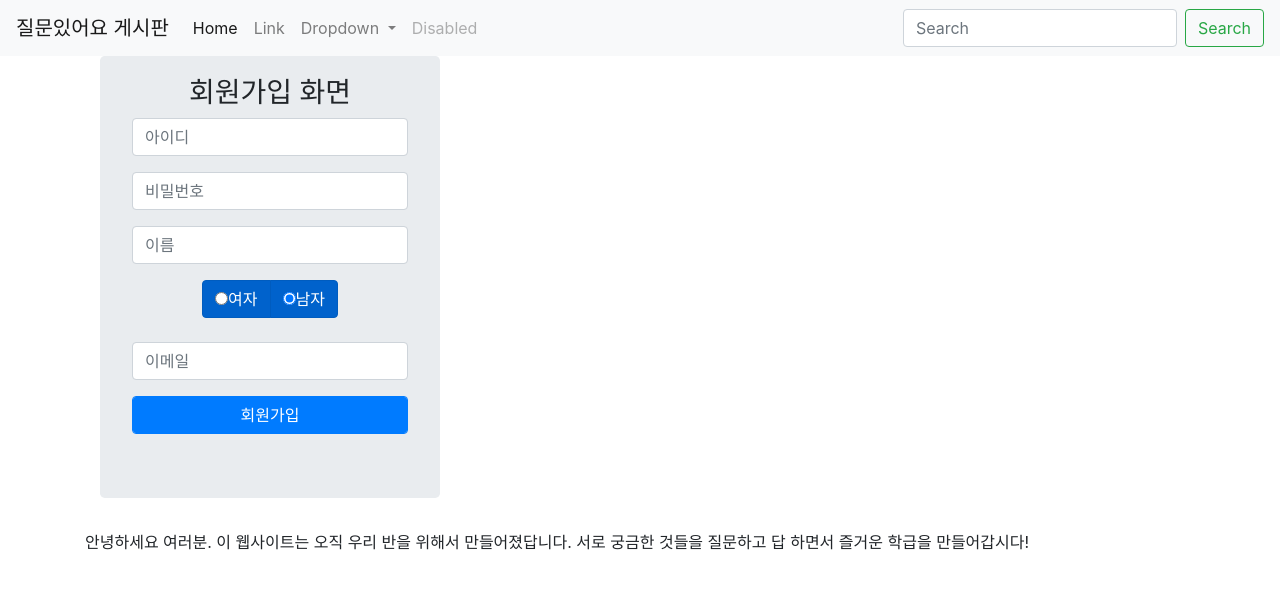
Repository: Munro-L/I-spy-oT__cuHacking-2019
Page: http://localhost/BBS/join.jsp
An editor plug-in stored every save of this project. The page is shown before and after the next save, followed by the edit.
The browser window is 1280 px wide. The pictures show the whole page.
The page is served by Tomcat 9.

Above is the page before, as saved 2019-02-01 19:43:54.

After the next save:
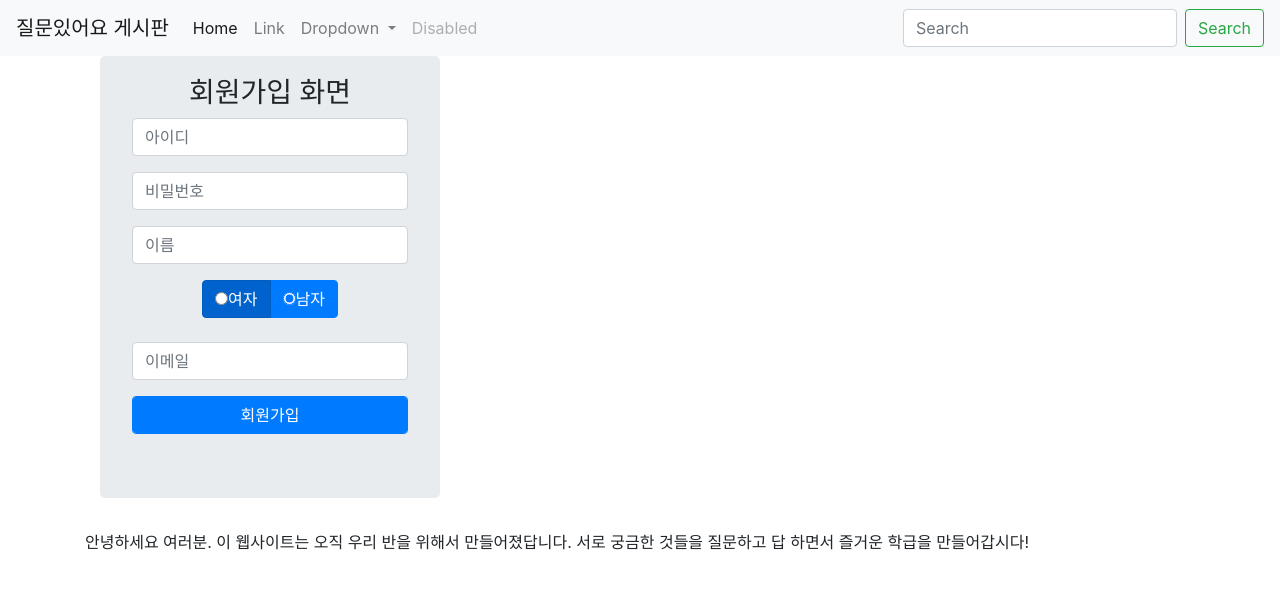
Saved 95 s later.
--- a/BBS-master/projects/BBS/WebContent/join.jsp
+++ b/BBS-master/projects/BBS/WebContent/join.jsp
@@ -65,7 +65,7 @@
 							<label class="btn btn-primary active">
 								<input type="radio" name="userGender" autocomplete="off" value="여자" checked>여자
 							</label>
-							<label class="btn btn-primary active">
+							<label class="btn btn-primary">
 								<input type="radio" name="userGender" autocomplete="off" value="남자" checked>남자
 							</label>
 						</div>
